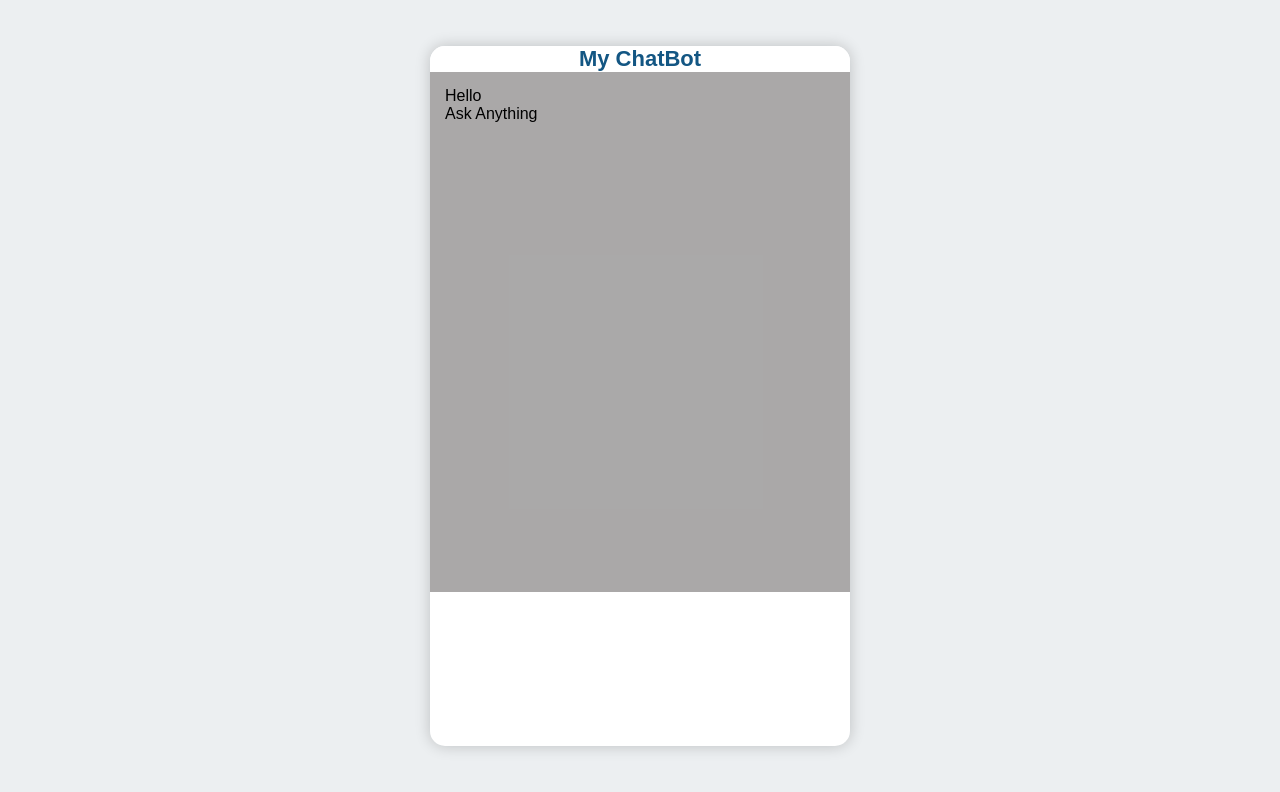
Repository: nt269782-web/Offline-ChatBot
Page: front.html
These files come from the project's save history. The page is drawn as it stood at one moment and after a run of saves; the edit follows.
The browser window is 1280 px wide. The pictures show the whole page.

Above is the page before, as saved 2026-07-07 15:19:23.

### front.html
<!DOCTYPE html>
<html lang="en">
<head>
    <meta charset="UTF-8">
    <meta name="viewport" content="width=device-width, initial-scale=1.0">
    <title>Document</title>
    <style>
        *{
        margin:0;
        padding:0;
        box-sizing:border-box;
        font-family:Arial,sans-serif;
        }

        body{
            background: #eceff1;
            display: flex;
            justify-content: center;
            align-items: center;
            height: 110vh;
        }
        .chat-container {
            width: 420px;
            height: 700px;
            overflow: hidden;
            background:#fff;
            border-radius:15px;
            box-shadow:0 0 15px rgba(0,0,0,.2)


        }
        .header{
            background-color: rgb(255, 255, 255);
            color: #135683;
            text-align: center;
            font-size: 22px;
            font-weight: bold;

        }
        .chat-box{
            height: 520px;
            overflow: auto;
            padding: 15px;
            background: rgba(63, 60, 60, 0.445);
        }
        .message{

        }
    </style>
</head>

<body>
    <div class="chat-container">
    <div class="header">
        My ChatBot
    </div>
    <div class="chat-box" id="chat-box">
        <div class="message">
            <div class="bubble">
                Hello <br>
                Ask Anything

            </div>
        </div>
    </div>

    </div>
</body>
</html>

After the next 6 saves:
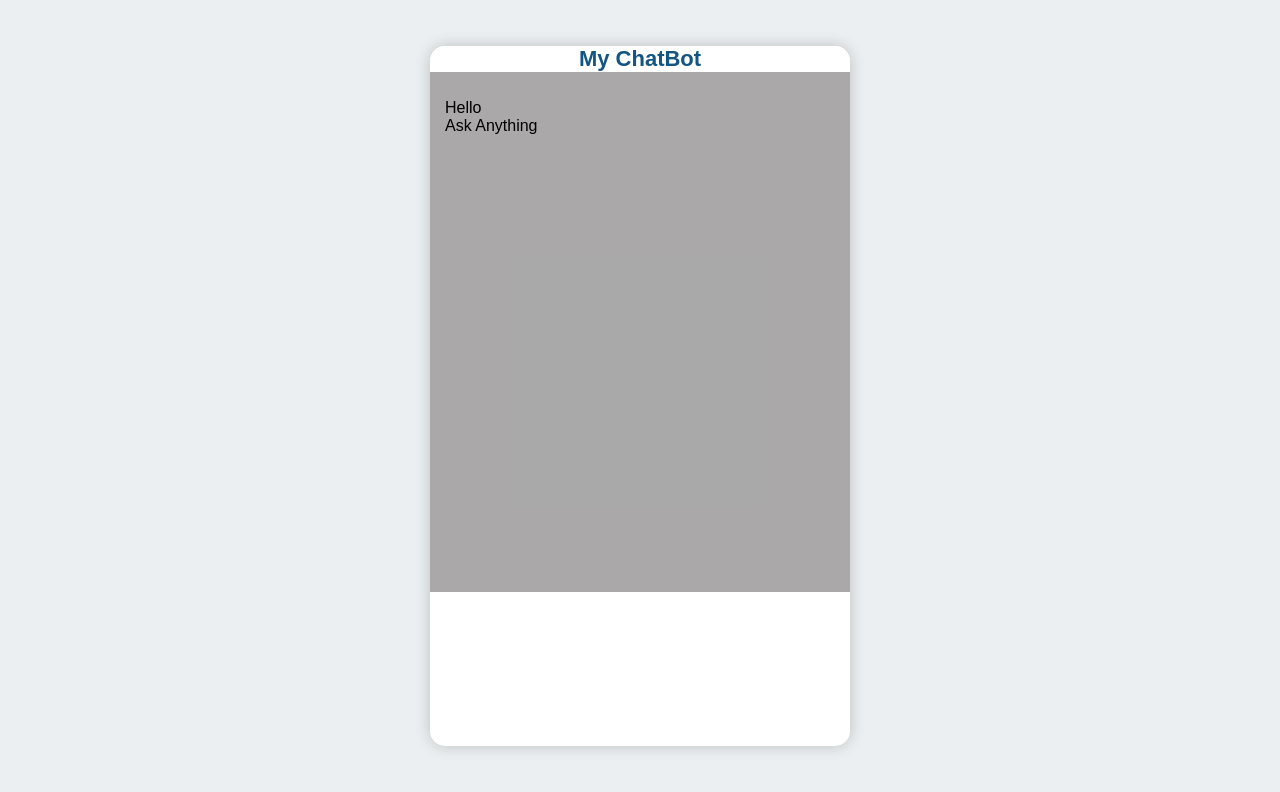
The 6 saves are shown as one change because they came seconds apart.
The last was saved 25 s later.
--- a/front.html
+++ b/front.html
@@ -44,6 +44,7 @@
             background: rgba(63, 60, 60, 0.445);
         }
         .message{
+            margin: 12px 0;
 
         }
     </style>
